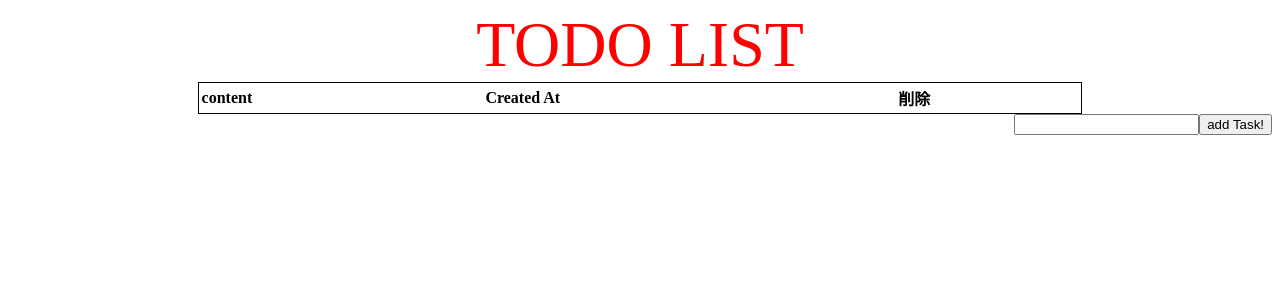
Repository: WistreHosshii/hacathon_todolList
Page: /
These files come from the project's save history. The page is drawn as it stood at one moment and after the next save; the edit follows.
The browser window is 1280 px wide. The pictures show the whole page.
The page's requests for data from a server got no answer. The project was rebuilt for these pictures with package versions that can differ from the ones it lists, and the page was loaded fresh each time. No one was signed in, and anything a server would have sent is missing.

Above is the page before, as saved 2019-06-11 00:10:02.

### index.html
<!DOCTYPE html>
<html lang="ja">

<head>
    <meta charset="UTF-8">
    <meta name="viewport" content="width=device-width, initial-scale=1.0">
    <meta http-equiv="X-UA-Compatible" content="ie=edge">
    <title>Document</title>
    <!-- <link rel="stylesheet" href="./index.css"> -->
</head>

<body>
    <div id="root"></div>
    <script src="./index.tsx"></script>
</body>

</html>

### App.tsx
import React, { Component } from 'react';
import { get, post, deleteTask } from './axios';
import styled from 'styled-components';

const CustomizedText = styled.div`
  font-size: 4rem;
  color: red;
  text-align: center;
`;
const Body = styled.div`
  width: 100%;
  font-size: 1rem;
`;
const JobTable = styled.table`
  text-align: left;
  margin: 0 auto;
  width: 70%;
  border: solid 1px black;
`;
const Button = styled.div`
  display: block;
  float: right;
  clear: both;
`;
interface Props {}
interface State {
  todos: Todo[];
  value: string;
}

export default class App extends Component<Props, State> {
  constructor(props: any) {
    super(props);
    this.state = {
      todos: [],
      value: '',
    };
    this.handleChange = this.handleChange.bind(this);
  }

  componentDidMount() {
    get().then(response => {
      const todos: Todo[] = response.data.todos;
      this.setState({ todos });
    });
  }
  addTaskHandler() {
    if (this.state.value !== '') {
      post(this.state.value).then(response => {
        const todo: Todo = response.data;
        this.setState(state => ({ todos: [...state.todos, todo] }));
        this.setState({ value: '' });
      });
    }
  }
  deleteTaskHandler(id: string) {
    deleteTask(id).then(response => {
      const todos = this.state.todos.filter(v => v.id !== id);
      this.setState({ todos });
    });
  }
  handleChange(event: any) {
    this.setState({ value: event.target.value });
  }

  render() {
    return (
      <Body>
        <div className="todoList">
          <CustomizedText>TODO LIST</CustomizedText>
          <div className="contents">
            <JobTable>
              <tbody>
                <tr>
                  <th>content</th>
                  <th>Created At</th>
                  <th>削除</th>
                </tr>

                {this.state.todos.reverse().map((todo, i) => {
                  return (
                    <tr key={i}>
                      <td>{todo.content}</td>
                      <td>{new Date(todo.createdAt).toLocaleString()}</td>
                      <td>
                        <button
                          onClick={() => {
                            this.deleteTaskHandler(todo.id);
                          }}
                        >
                          削除!
                        </button>
                      </td>
                    </tr>
                  );
                })}
              </tbody>
            </JobTable>
          </div>
          <Button className="computeTaskWrapper">
            <input type="text" value={this.state.value} onChange={this.handleChange} />
            <button
              className="btn"
              onClick={() => {
                this.addTaskHandler();
              }}
            >
              add Task!
            </button>
          </Button>
        </div>
      </Body>
    );
  }
}

### axios.tsx
import axios from 'axios';
import App from './App';

const url = 'http://hackathon-test-server.jichoup.trap.show/';
export const get = () => {
  return axios.get(url);
};
export const post = (value: string) => {
  const content: TodoList.Post.Request = { content: value };
  return axios.post(url, content);
};
export const deleteTask = (_id: string) => {
  const id: TodoList.Delete.Request = { id: _id };
  return axios.delete(url, { data: id });
};

Loaded but not shown: index.tsx (common file)

After the next save:
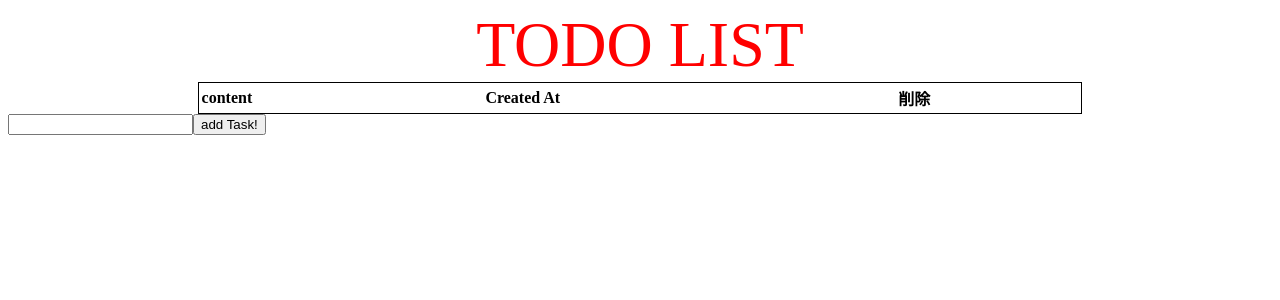
Saved 19 s later.
--- a/App.tsx
+++ b/App.tsx
@@ -17,11 +17,7 @@ const JobTable = styled.table`
   width: 70%;
   border: solid 1px black;
 `;
-const Button = styled.div`
-  display: block;
-  float: right;
-  clear: both;
-`;
+const Button = styled.div``;
 interface Props {}
 interface State {
   todos: Todo[];
